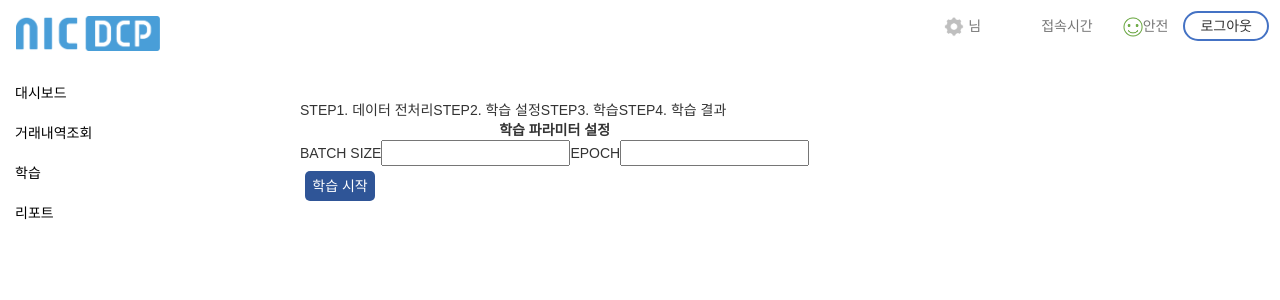
Repository: zzyeah0/project01
Page: http://localhost/nicdcp_frontend/step2.jsp
These files come from the project's save history. The page is drawn as it stood at one moment and after the next save; the edit follows.
The browser window is 1280 px wide. The pictures show the whole page.
Some web fonts or font styles are not loaded; a fallback is used. The page is served by Tomcat 9. The template is opened directly, without the code that normally fills it, so the values that code supplies are empty.

Above is the page before, as saved 2021-05-25 02:39:05.

After the next save:
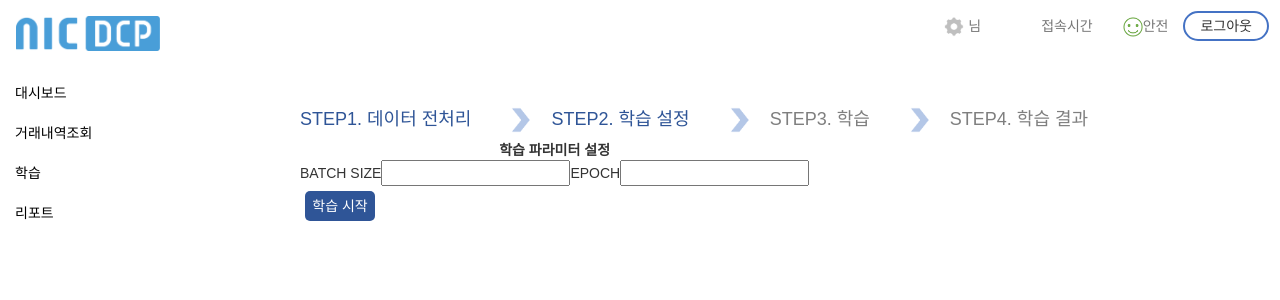
Saved 42 s later.
--- a/nicdcp_frontend/src/main/webapp/step2.jsp
+++ b/nicdcp_frontend/src/main/webapp/step2.jsp
@@ -15,13 +15,13 @@
 		<form action="<%=request.getContextPath() %>/step2.do" method="post">
 			<table>
 				<tr>
-					<td>STEP1. 데이터 전처리</td>
-					<td></td>
-					<td>STEP2. 학습 설정</td>
-					<td></td>
-					<td>STEP3. 학습</td>
-					<td></td>
-					<td>STEP4. 학습 결과</td>
+					<td><h4 class="text-blue">STEP1. 데이터 전처리</h4></td>
+					<td><img src="./image/next.png" class="next-img" alt="" /></td>
+					<td><h4 class="text-blue">STEP2. 학습 설정</h4></td>
+					<td><img src="./image/next.png" class="next-img" alt="" /></td>
+					<td><h4 class="text-grey">STEP3. 학습</h4></td>
+					<td><img src="./image/next.png" class="next-img" alt="" /></td>
+					<td><h4 class="text-grey">STEP4. 학습 결과</h4></td>
 				</tr>
 			</table>
 			<table>
